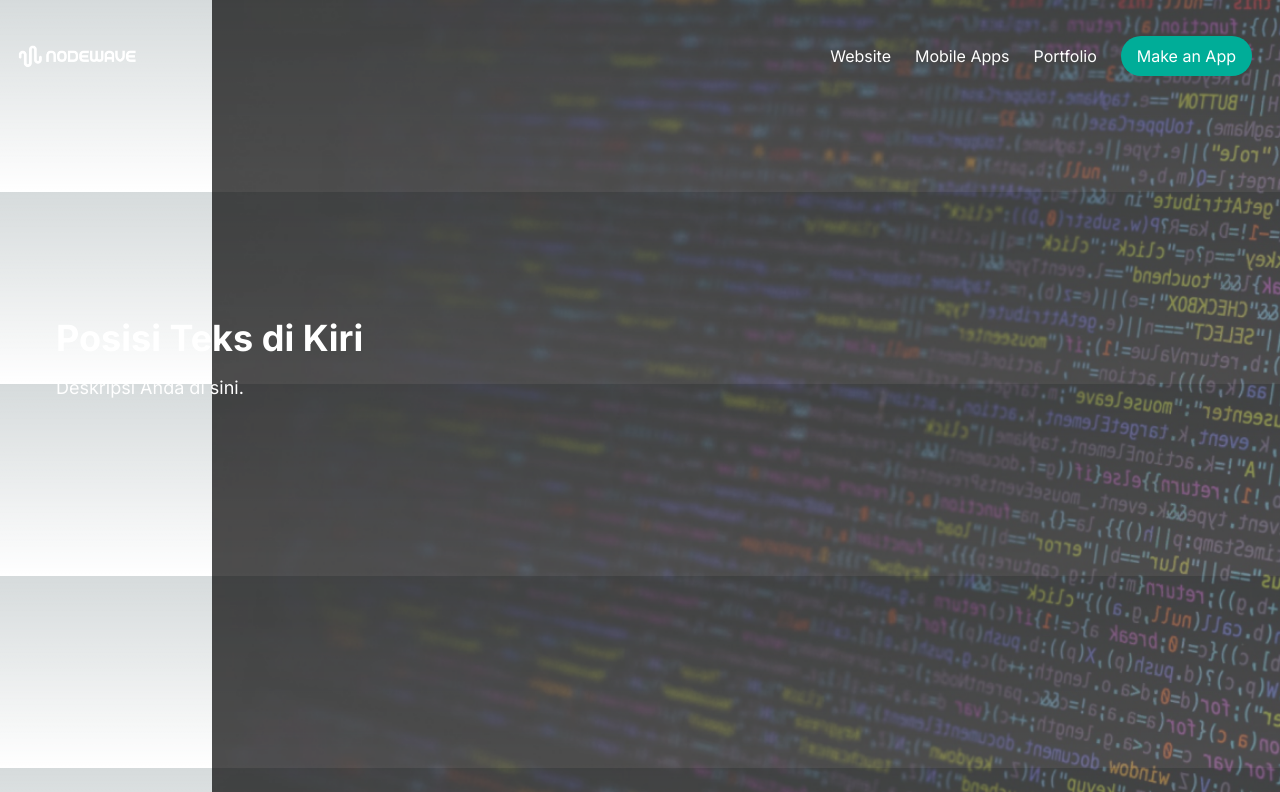
Repository: farrelmuhammad/nodewave
Page: /
The author's editor kept a copy of each file at every save. The page is drawn from the files as they stood at one save, then again after the next save.
The browser window is 1280 px wide. The pictures show the whole page.
The project was rebuilt for these pictures with package versions that can differ from the ones it lists, and the page was loaded fresh each time. The framework's server and built-in components were replaced by stand-ins that run in the browser. Also part of the build but not shown: next.config.js.

Above is the page before, as saved 2023-09-08 13:35:14.

After the next save:
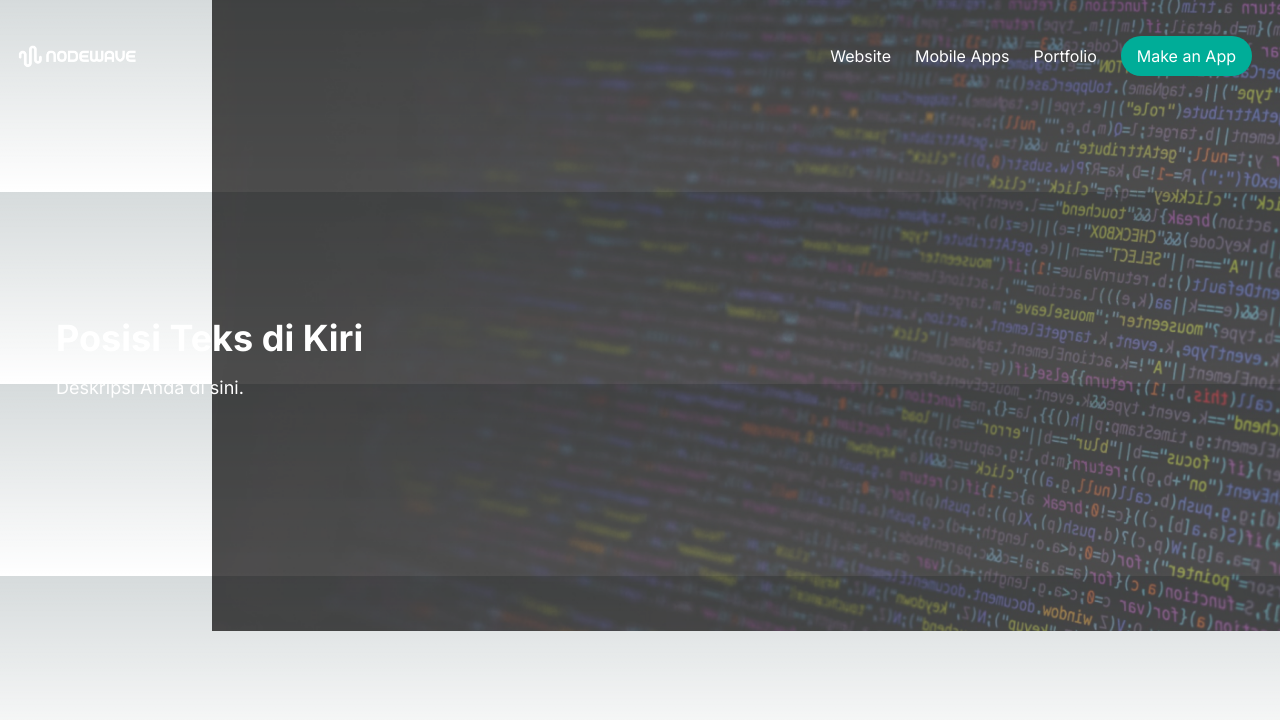
Saved 11 s later.
--- a/src/components/Hero.jsx
+++ b/src/components/Hero.jsx
@@ -5,7 +5,7 @@
   return (
     <main className="flex h-full items-center justify-between p-24">
       <div
-        className="absolute inset-0 bg-cover bg-center max-w-screen h-[881px] top-[-89px] left-[212px] bg-opacity-50 bg-black"
+        className="absolute inset-0 bg-cover bg-center max-w-screen h-screen top-[-89px] left-[212px] bg-opacity-50 bg-black"
         style={{
           backgroundImage: 'url("/assets/background.png")', // Ganti dengan path gambar latar belakang Anda
         }}
